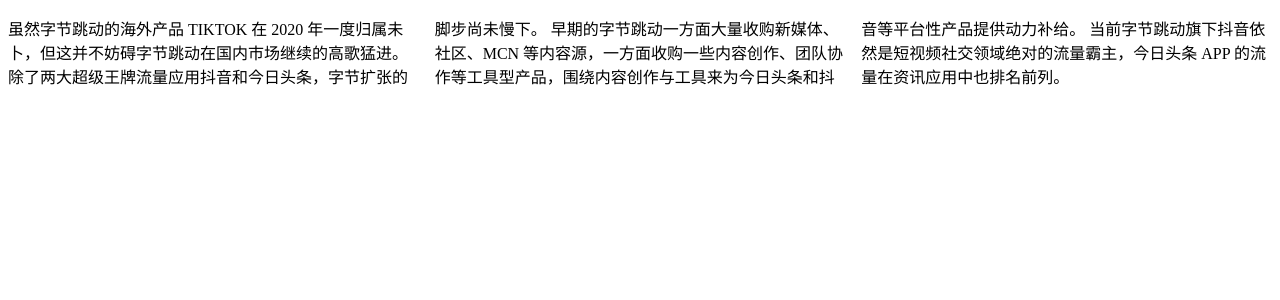
Repository: LstHeart/html-learning
Page: css3/CSS3多列布局-分栏.html
The author's editor kept a copy of each file at every save. The page is drawn from the files as they stood at one save, then again after the next save.
The browser window is 1280 px wide. The pictures show the whole page.

Above is the page before, as saved 2021-01-12 21:44:58.

### css3/CSS3多列布局-分栏.html
<!DOCTYPE html>
<html lang="en">
<head>
    <meta charset="UTF-8">
    <meta name="viewport" content="width=device-width, initial-scale=1.0">
    <meta http-equiv="X-UA-Compatible" content="ie=edge">
    <title>CSS3多列布局-分栏</title>
    <style>
        p{
            column-count:3;
        }
    </style>
</head>
<body>
    <p>
        虽然字节跳动的海外产品 TIKTOK 在 2020 年一度归属未卜，但这并不妨碍字节跳动在国内市场继续的高歌猛进。除了两大超级王牌流量应用抖音和今日头条，字节扩张的脚步尚未慢下。

        早期的字节跳动一方面大量收购新媒体、社区、MCN 等内容源，一方面收购一些内容创作、团队协作等工具型产品，围绕内容创作与工具来为今日头条和抖音等平台性产品提供动力补给。

        当前字节跳动旗下抖音依然是短视频社交领域绝对的流量霸主，今日头条 APP 的流量在资讯应用中也排名前列。
    </p>

</body>
</html>

After the next save:
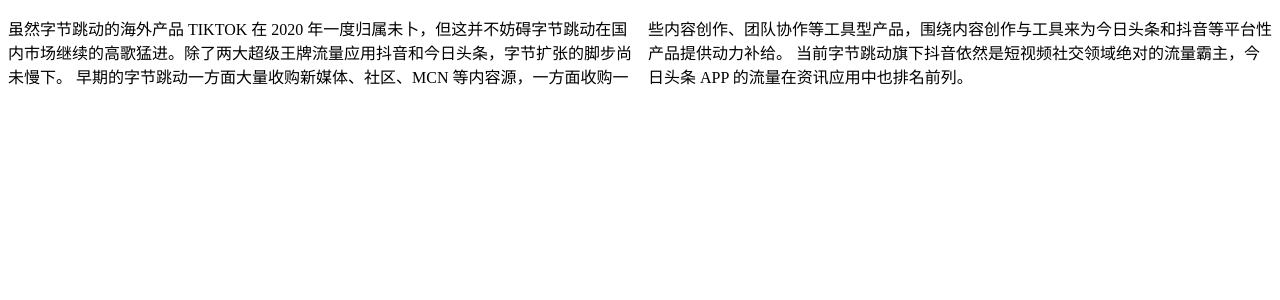
Saved 20 s later.
--- a/css3/CSS3多列布局-分栏.html
+++ b/css3/CSS3多列布局-分栏.html
@@ -7,7 +7,7 @@
     <title>CSS3多列布局-分栏</title>
     <style>
         p{
-            column-count:3;
+            column-count:2;
         }
     </style>
 </head>

After the save that followed:
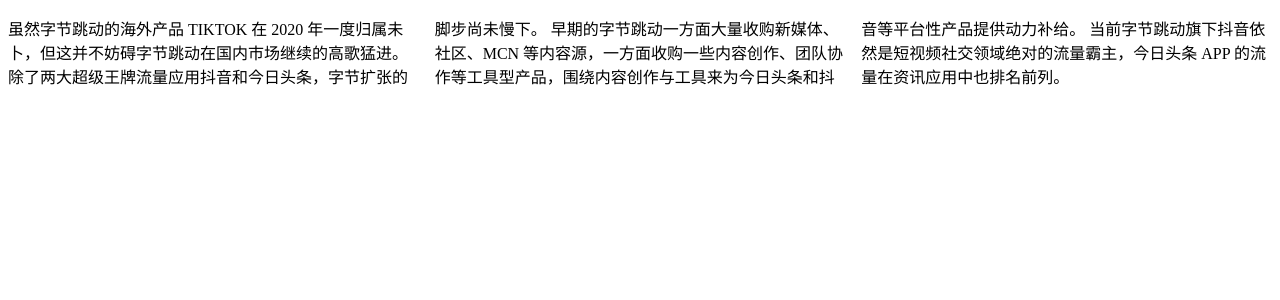
Saved 6 s later.
--- a/css3/CSS3多列布局-分栏.html
+++ b/css3/CSS3多列布局-分栏.html
@@ -7,7 +7,7 @@
     <title>CSS3多列布局-分栏</title>
     <style>
         p{
-            column-count:2;
+            column-count:3;
         }
     </style>
 </head>
